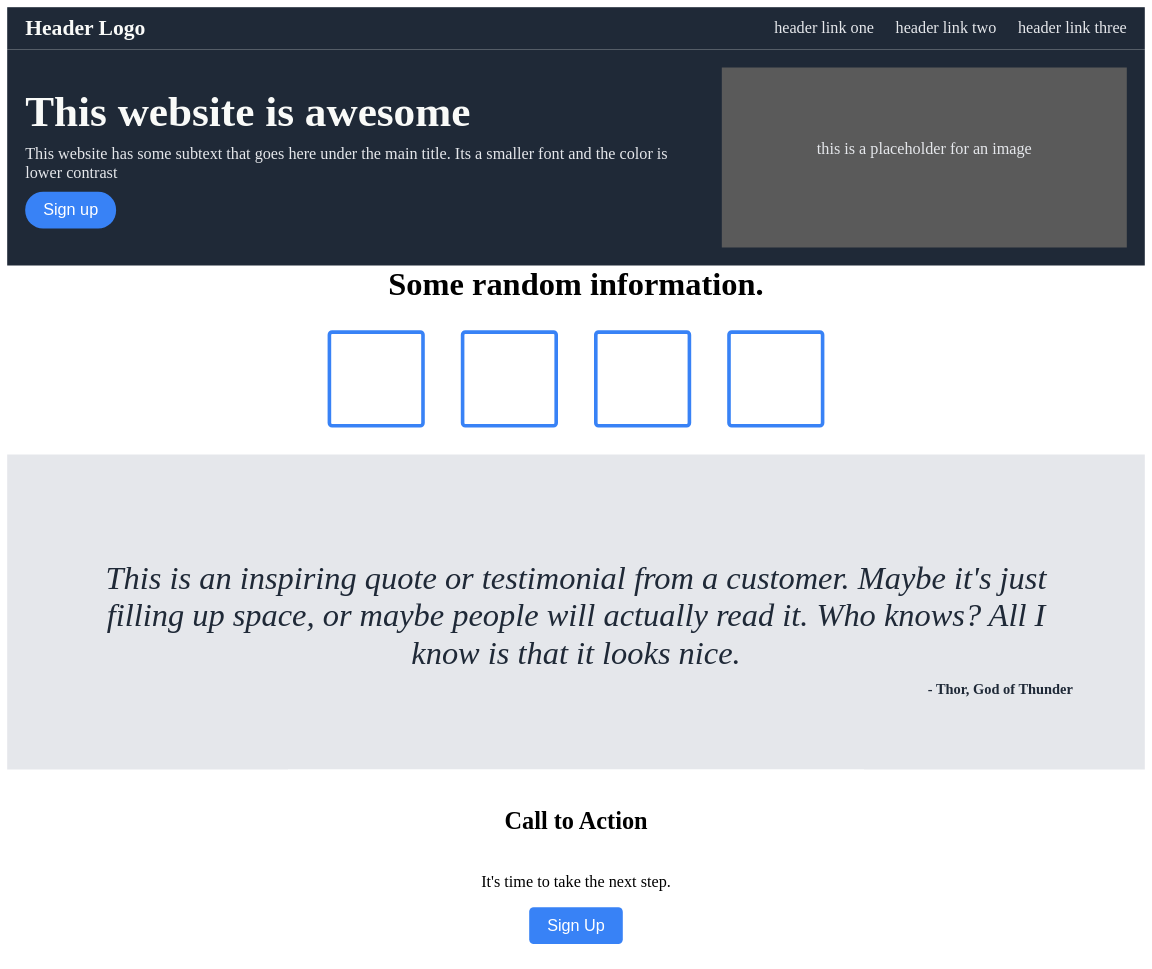
Repository: mnhardy1504/odin-recipes1
Page: flexboxlanding/index.html
These files come from the project's save history. The page is drawn as it stood at one moment and after the next save; the edit follows.
The browser window is 1280 px wide. The pictures show the whole page, at 90% of full size.

Above is the page before, as saved 2023-09-13 13:11:27.

After the next save:
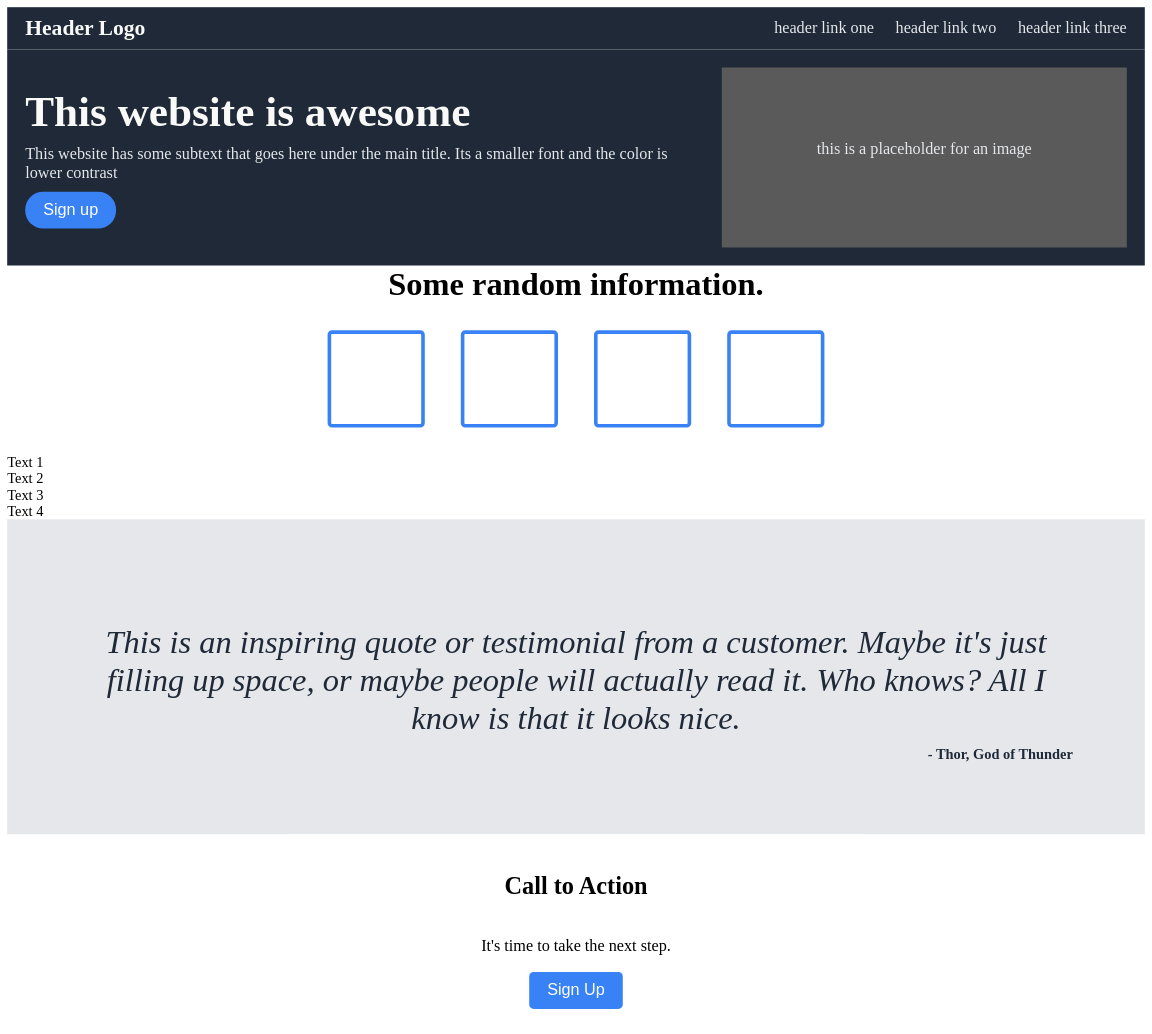
Saved 35 s later.
--- a/flexboxlanding/index.html
+++ b/flexboxlanding/index.html
@@ -48,6 +48,12 @@
         <div class="square">
             </div>
         </div>
+        <div class="text-container">
+            <div class="text-box">Text 1</div>
+            <div class="text-box">Text 2</div>
+            <div class="text-box">Text 3</div>
+            <div class="text-box">Text 4</div>
+        </div>
     </div>
     <div class="quote-section">
         <p class="quote-text">
